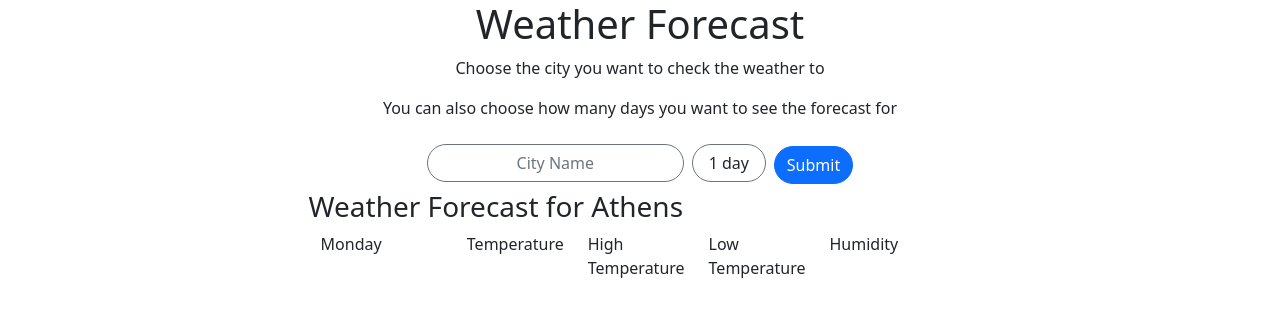
Repository: DimitrisDoxopoulos/my-own-weather-app
Page: /
These files come from the project's save history. The page is drawn as it stood at one moment and after the next save; the edit follows.
The browser window is 1280 px wide. The pictures show the whole page.
The project was rebuilt for these pictures with package versions that can differ from the ones it lists, and the page was loaded fresh each time.

Above is the page before, as saved 2021-06-03 19:03:23.

### src/App.js
import './App.css';

/*--------------- Importing Components ------------------- */
import Wrapper from './components/Wrapper'
import Header from './components/Header'
import Tagline from './components/Tagline'
import Form from './components/Form'
import WeatherForecast from './components/WeatherForecast';
/*--------------- Importing Components ------------------- */

function App() {
  return (
    <div className="App">
      <Wrapper>
        <Header />
        <Tagline />
        <Form />
        <WeatherForecast />
      </Wrapper>
    </div>
  );
}

export default App;

### src/App.css
.App {
  /* text-align: center; */
}

.App-logo {
  height: 40vmin;
  pointer-events: none;
}

.App-header {
  background-color: #282c34;
  min-height: 100vh;
  display: flex;
  flex-direction: column;
  align-items: center;
  justify-content: center;
  font-size: calc(10px + 2vmin);
  color: white;
}

.App-link {
  color: #61dafb;
}

### src/components/Wrapper.js
import React from 'react';

const Wrapper = (props) => {
    return(
    <div className='container d-flex flex-column justify-content-center align-items-center'>
        { props.children }
    </div>
    )
}

export default Wrapper;

### src/components/Header.js
import React from 'react'

const Header = () => {
    return (
        <div className="">
            <h1 className="">Weather Forecast</h1>
        </div>
    )
}

export default Header

### src/components/Tagline.js
import React from 'react'

const Tagline = () => {
    return (
        <div className="text-center">
            <p>Choose the city you want to check the weather to</p>
            <p>You can also choose how many days you want to see the forecast for</p>
        </div>
    )
}

export default Tagline

### src/components/Form.js
import React from 'react'

const Form = () => {
    return (
        <div>
            <form className="d-flex align-items-center">
                <div className="form-group">
                    <input type="text" className="form-control border-secondary rounded-pill text-center" id="exampleFormControlInput1" placeholder="City Name" />
                </div>
                <div className="form-group d-flex p-2">
                    <select className="form-control border-secondary rounded-pill text-center" id="exampleFormControlSelect1" placeholder="How many days?">
                        <option value="1">1 day</option>
                        <option value="2">2 days</option>
                        <option value="3">3 days</option>
                        <option value="4">4 days</option>
                        <option value="5">5 days</option>
                    </select>
                </div>
                <input className="btn btn-primary mt-1 rounded-pill" type="submit" value="Submit" />
            </form>
        </div>
    )
}

export default Form

### src/components/WeatherForecast.js
import React from 'react'

const WeatherForecast = () => {
    return (
        <div className="">
            <h3 className="h-3">Weather Forecast for Athens</h3>
            <div className="container">
                <div className="row">
                    <div className="col-sm">
                        <p>Monday</p>
                    </div>
                    <div className="col-sm">
                        <image src="" alt='weather icon' />
                    </div>
                    <div className="col-sm">
                        <p>Temperature</p>
                    </div>
                    <div className="col-sm">
                        <p>High Temperature</p>
                    </div>
                    <div className="col-sm">
                        <p>Low Temperature</p>
                    </div>
                    <div className="col-sm">
                        <p>Humidity</p>
                    </div>
                    <div className="col-sm">
                        <p></p>
                    </div>
                </div>
            </div>

        </div>
    )
}

export default WeatherForecast

Loaded but not shown: public/index.html (common file); src/index.js (common file); src/index.css (common file); src/reportWebVitals.js (common file)

After the next save:
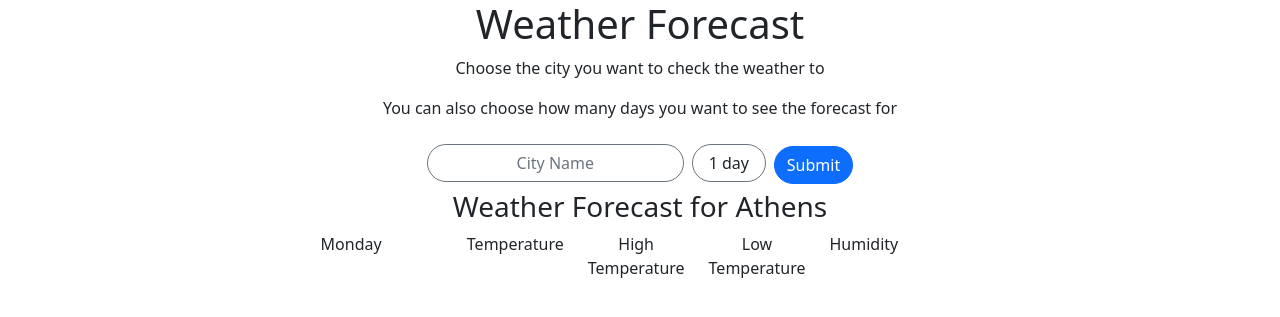
Saved 7 s later.
--- a/src/components/WeatherForecast.js
+++ b/src/components/WeatherForecast.js
@@ -2,7 +2,7 @@ import React from 'react'
 
 const WeatherForecast = () => {
     return (
-        <div className="">
+        <div className="text-center">
             <h3 className="h-3">Weather Forecast for Athens</h3>
             <div className="container">
                 <div className="row">
